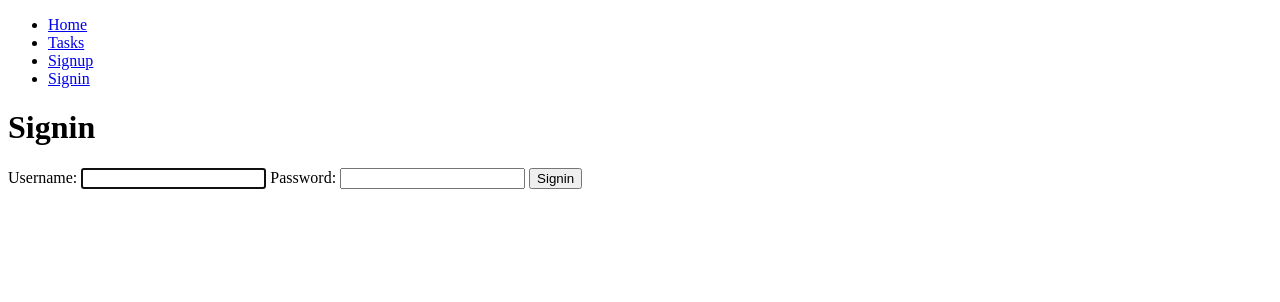
Repository: dbettancourt/django-auth-crud
Page: http://localhost/signin/
These files come from the project's save history. The page is drawn as it stood at one moment and after the next save; the edit follows.
The browser window is 1280 px wide. The pictures show the whole page.
The page is served by the project's application, run on Django 4.2 (manage.py). Other server files are loaded and not shown.

Above is the page before, as saved 2023-06-03 14:46:48.

### tasks/templates/signin.html
{% extends 'base.html' %}

{% block content %}
<h1>Signin</h1>
<form action="" method="POST">
    {% csrf_token %}
    {{form}}
    <button>
        Signin
    </button>
</form>

{% endblock %}

### tasks/templates/base.html
<!DOCTYPE html>
<!--[if lt IE 7]>      <html class="no-js lt-ie9 lt-ie8 lt-ie7"> <![endif]-->
<!--[if IE 7]>         <html class="no-js lt-ie9 lt-ie8"> <![endif]-->
<!--[if IE 8]>         <html class="no-js lt-ie9"> <![endif]-->
<!--[if gt IE 8]>      <html class="no-js"> <!--<![endif]-->
<html>
    <head>
        <meta charset="utf-8">
        <meta http-equiv="X-UA-Compatible" content="IE=edge">
        <title>Pagina Base Django</title>
        <meta name="description" content="">
        <meta name="viewport" content="width=device-width, initial-scale=1">
        <link rel="stylesheet" href="">
    </head>
    <body>
        <!--[if lt IE 7]>
            <p class="browsehappy">You are using an <strong>outdated</strong> browser. Please <a href="#">upgrade your browser</a> to improve your experience.</p>
        <![endif]-->

        <script src="" async defer></script>

        <nav>
            <ul>
                <li>
                    <a href="/">Home</a>
                </li>
                <li>
                    <a href="/tasks">Tasks</a>
                </li>

                {% if user.is_authenticated %}
                <li>
                    <a href="/logout">Logout</a>
                </li>
                {% else %}
                <li>
                    <a href="/signup">Signup</a>
                </li>
                <li>
                    <a href="/signin">Signin</a>
                </li>
                {% endif %}
            </ul>
        </nav>


        {% block content %}
        {% endblock %}

    </body>
</html>

### tasks/views.py
from django.shortcuts import render, redirect
from django.contrib.auth.forms import UserCreationForm, AuthenticationForm
from django.contrib.auth.models import User
from django.contrib.auth import login, logout
from django.db import IntegrityError



# Create your views here.
def home(request):
    return render(request, 'home.html')

def signup(request):

    if request.method == 'GET':
         return render(request, 'signup.html',{
        'form': UserCreationForm
    })

    else:
        if request.POST['password1'] == request.POST['password2']:
            try:
                user = User.objects.create_user(username=request.POST['username'], password=request.POST['password1'])
                user.save()
                login(request, user)
                return redirect ('tasks')
            except IntegrityError:
                return render(request, 'signup.html',{
                    'form': UserCreationForm,
                    'error': 'El usuario ya existe'
                    })
        return render(request, 'signup.html', {
            'form': UserCreationForm,
            'error': 'Las contraseñas no coinciden'
            })

def tasks(request):
    return render(request, 'tasks.html')

def signout(request):
    logout(request)
    return redirect('home')

def signin(request):
    return render(request, 'signin.html', {
        'form': AuthenticationForm
    })

### djangocrud/urls.py
"""
URL configuration for djangocrud project.

The `urlpatterns` list routes URLs to views. For more information please see:
    https://docs.djangoproject.com/en/4.2/topics/http/urls/
Examples:
Function views
    1. Add an import:  from my_app import views
    2. Add a URL to urlpatterns:  path('', views.home, name='home')
Class-based views
    1. Add an import:  from other_app.views import Home
    2. Add a URL to urlpatterns:  path('', Home.as_view(), name='home')
Including another URLconf
    1. Import the include() function: from django.urls import include, path
    2. Add a URL to urlpatterns:  path('blog/', include('blog.urls'))
"""
from django.contrib import admin
from django.urls import path
from tasks import views

urlpatterns = [
    path('admin/', admin.site.urls),
    path('', views.home, name='home'),
    path('signup/', views.signup, name='signup'),
     path('tasks/', views.tasks, name='tasks'),
     path('logout/', views.signout, name='logout'),
     path('signin/', views.signin, name='signin')
]

After the next save:
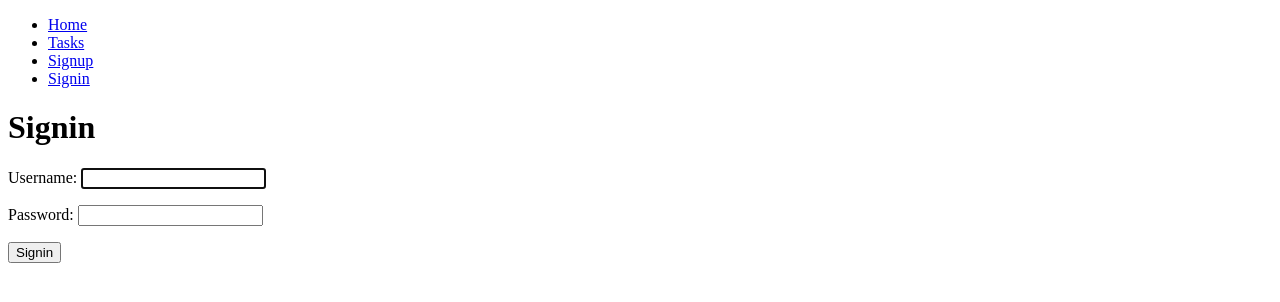
Saved 89 s later.
--- a/tasks/templates/signin.html
+++ b/tasks/templates/signin.html
@@ -4,7 +4,7 @@
 <h1>Signin</h1>
 <form action="" method="POST">
     {% csrf_token %}
-    {{form}}
+    {{form.as_p}}
     <button>
         Signin
     </button>
